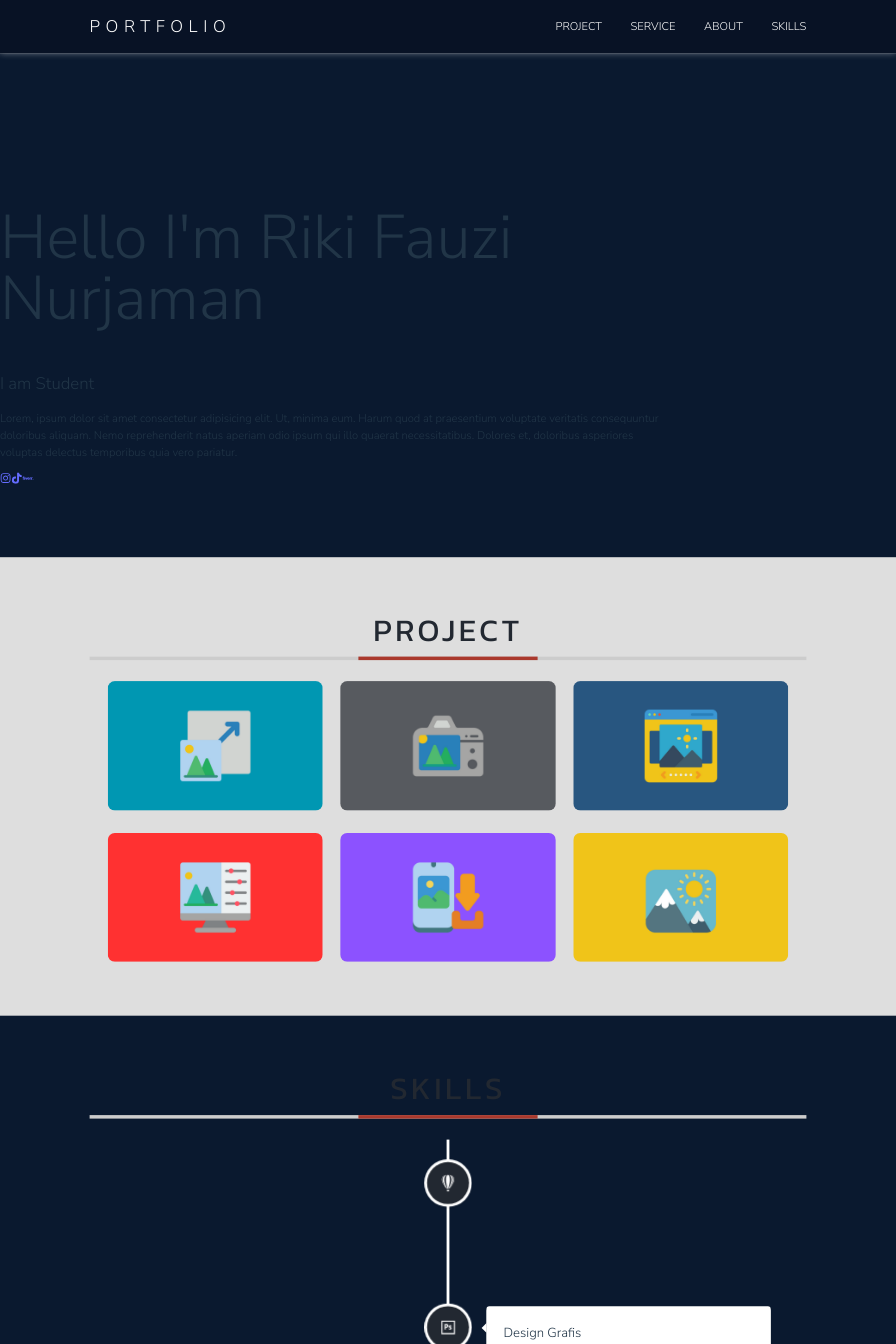
Repository: sellayspy/Portofolio
Page: /
An editor plug-in stored every save of this project. The page is shown before and after the next save, followed by the edit.
The browser window is 1280 px wide. The pictures show the part of the page from y = 0 to 1920 px (the page is 3848 px tall), at 70% of full size.
The project was rebuilt for these pictures with package versions that can differ from the ones it lists, and the page was loaded fresh each time. Also part of the build but not shown: vite.config.js, src/styles/DetailPortfolio.css, src/components/ScrollToTop.jsx, src/pages/DetailPortfolio.jsx, src/pages/PagesNotFound.jsx.

Above is the page before, as saved 2024-09-15 15:44:48.

After the next save:
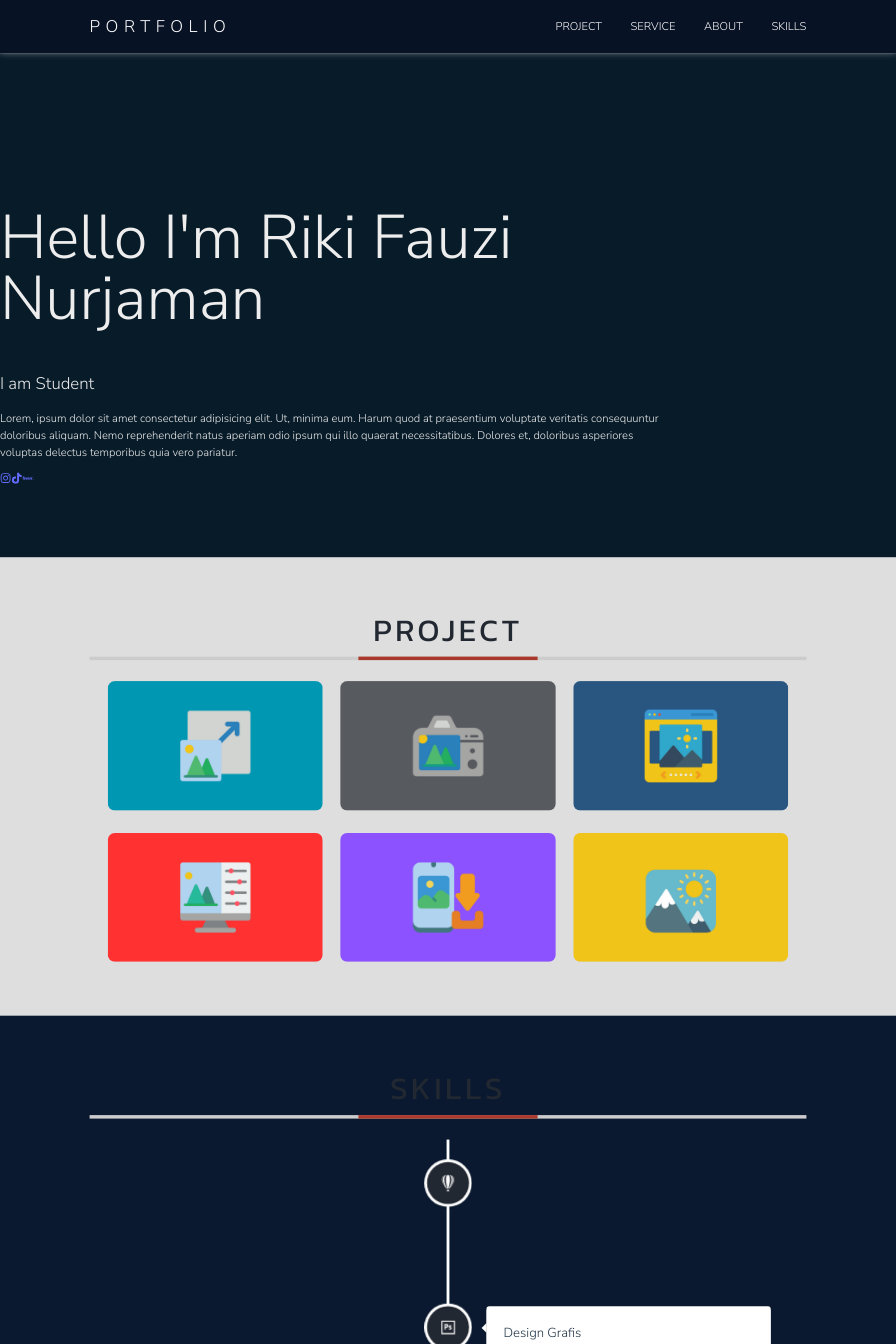
Saved 2 min 40 s later.
--- a/src/styles/Header.css
+++ b/src/styles/Header.css
@@ -6,7 +6,8 @@
 }
 
 header {
-  background-color: #0a192f;
+  background-color: var(--bg-color);
+  color: var(--text-color);
   height: 100vh;
   background-position: center center;
 }
